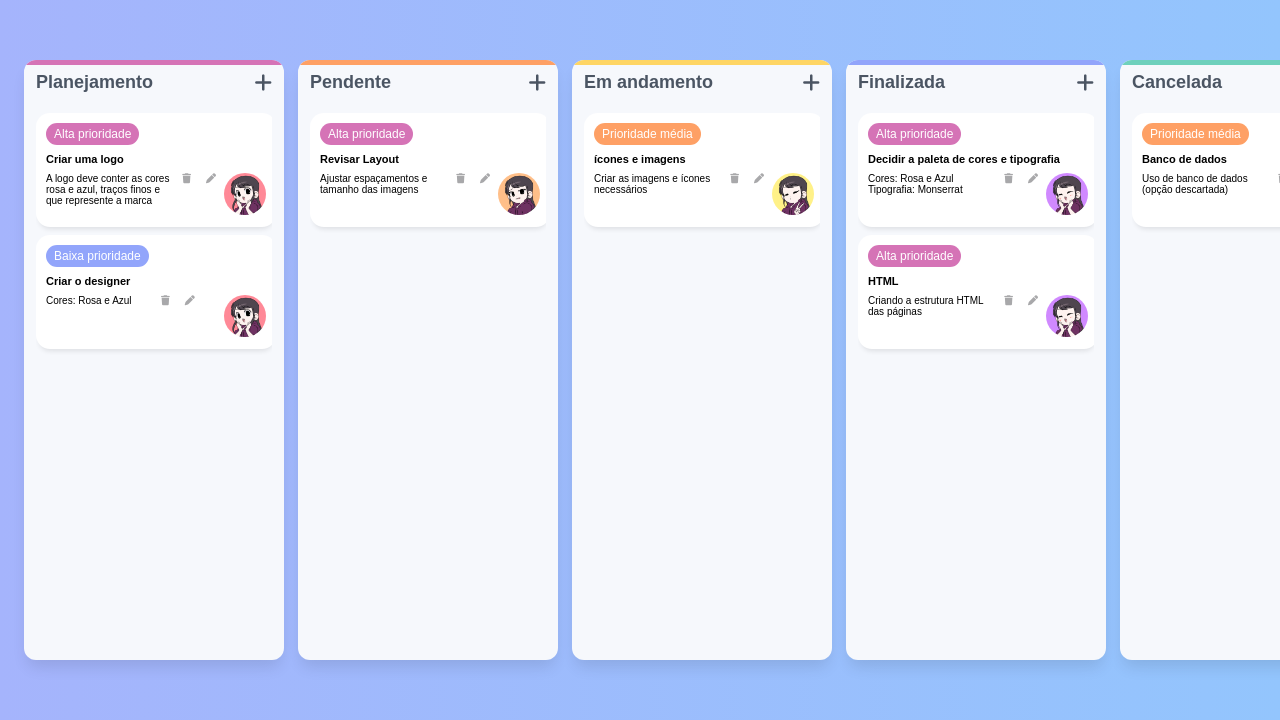
Repository: Marinalr-25/ProjetoToDoList
Page: index.html
An editor plug-in stored every save of this project. The page is shown before and after the next save, followed by the edit.
The browser window is 1280 px wide. The pictures show the whole page.
Some web fonts or font styles are not loaded; a fallback is used. Some web libraries are served in a nearby version.

Above is the page before, as saved 2025-01-29 13:42:09.

After the next save:
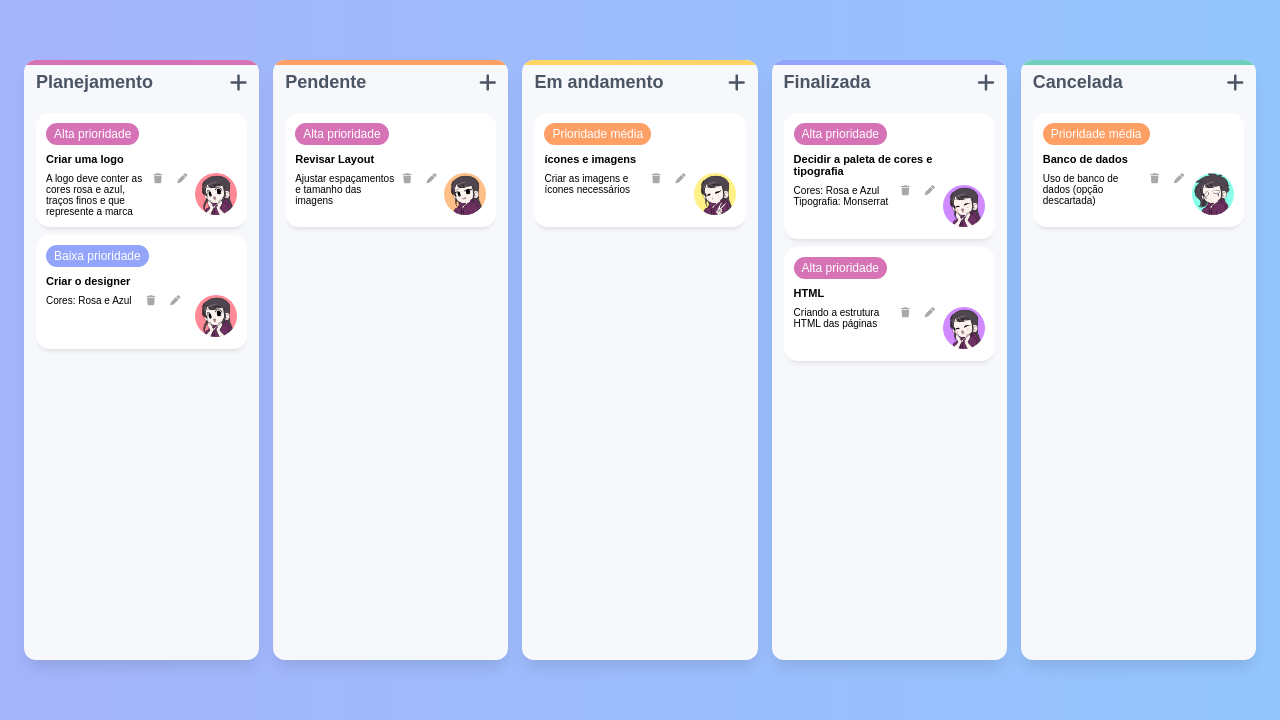
Saved 62 s later.
--- a/css/style.css
+++ b/css/style.css
@@ -33,6 +33,7 @@ body {
 .kanban {
   display: flex;
   gap: 1.4rem;
+  justify-content: center;
   padding: 2.4rem;
   width: 100%;
   height: 90vh;
@@ -50,7 +51,7 @@ body {
   box-shadow: 0 1rem 1.5rem -0.3rem rgba(0, 0, 0, 0.1);
   padding: 1.2rem;
   overflow: hidden;
-  min-width: 26rem;
+  width: 26rem;
   position: relative;
 
   &::after {
@@ -112,7 +113,6 @@ body {
   gap: 0.8rem;
   background-color: #ffffff;
   padding: 1rem;
-  width: 24rem;
   border-radius: 1.4rem;
   box-shadow: 0 0.5rem 0.5rem -0.3rem rgba(0, 0, 0, 0.1);
   cursor: pointer;
